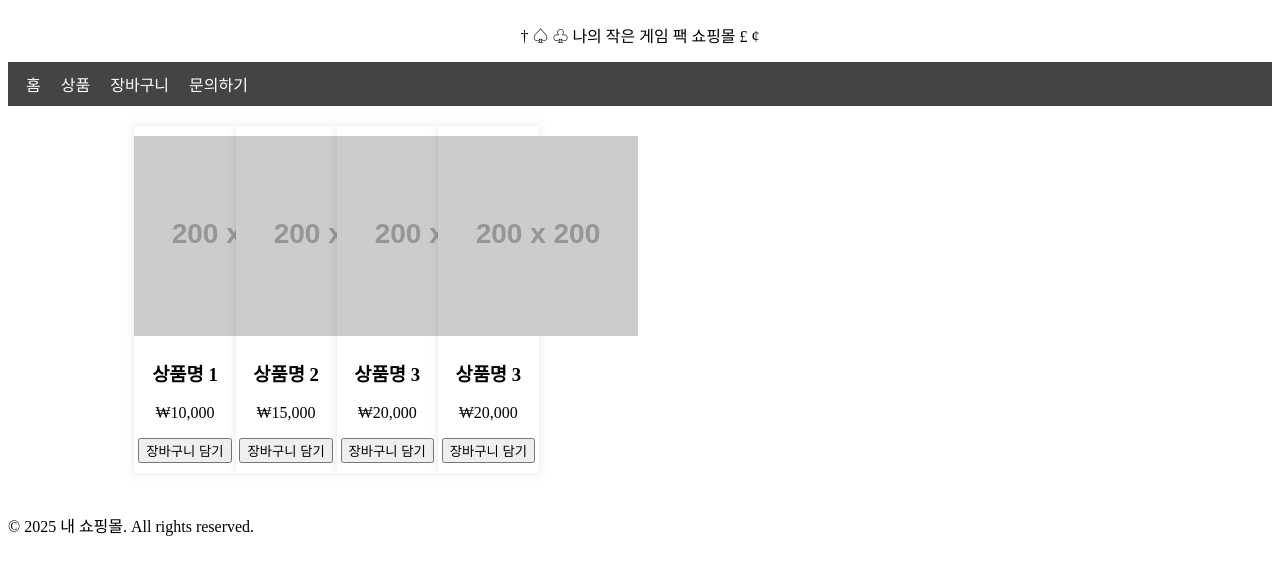
Repository: SeungYeon04/A_AssetsJSP
Page: http://localhost/JSP_Start01/
The author's editor kept a copy of each file at every save. The page is drawn from the files as they stood at one save, then again after the next save.
The browser window is 1280 px wide. The pictures show the whole page.
Some web fonts or font styles are not loaded; a fallback is used. The page is served by Tomcat 9.

Above is the page before, as saved 2025-03-11 05:55:23.

After the next save:
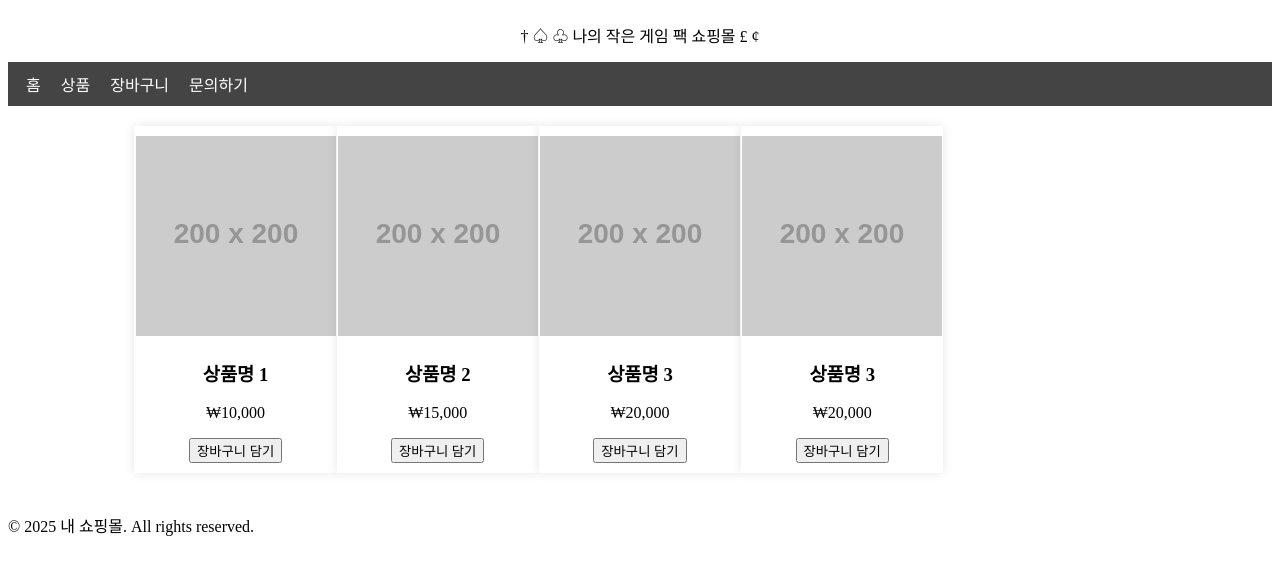
Saved 6 s later.
--- a/JSP_Start01/src/main/webapp/index.jsp
+++ b/JSP_Start01/src/main/webapp/index.jsp
@@ -93,7 +93,7 @@
 		}
 
 		.product {
-			width: 10%;
+			width: 20%;
 			background: white;
 			padding-top: 10px;
 			padding-bottom: 10px;
